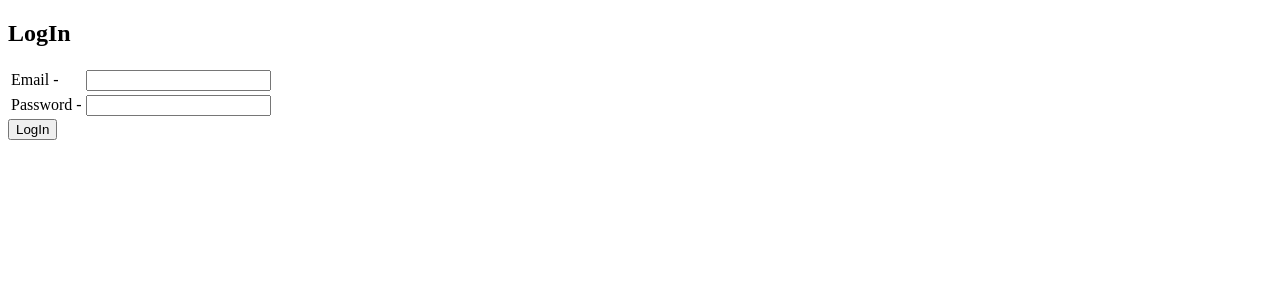
Repository: Krushna26nk/WebApplication
Page: http://localhost/Application/Login.jsp
The author's editor kept a copy of each file at every save. The page is drawn from the files as they stood at one save, then again after the next save.
The browser window is 1280 px wide. The pictures show the whole page.
The page is served by Tomcat 9. Other server files are loaded and not shown.

Above is the page before, as saved 2019-06-03 08:40:11.

### web/Application/WebContent/Login.jsp
<%@ page language="java" contentType="text/html; charset=UTF-8"
    pageEncoding="UTF-8"%>
<!DOCTYPE html PUBLIC "-//W3C//DTD HTML 4.01 Transitional//EN" "http://www.w3.org/TR/html4/loose.dtd">
<html>
<head>
<meta http-equiv="Content-Type" content="text/html; charset=UTF-8">
<title>Insert title here</title>
</head>
<body>

<div>

<h2> LogIn</h2>
	<form action="Login">
		<table>
			<tr>
				<td> Email - </td>
				<td> <input type="text" name="email"> </td>
			</tr>

			<tr>
				<td> Password - </td>
				<td> <input type="password" name="pass"> </td>
			</tr>

		</table>

		<input type="submit" value="LogIn">

	</form>
</div>
</body>
</html>

After the next save:
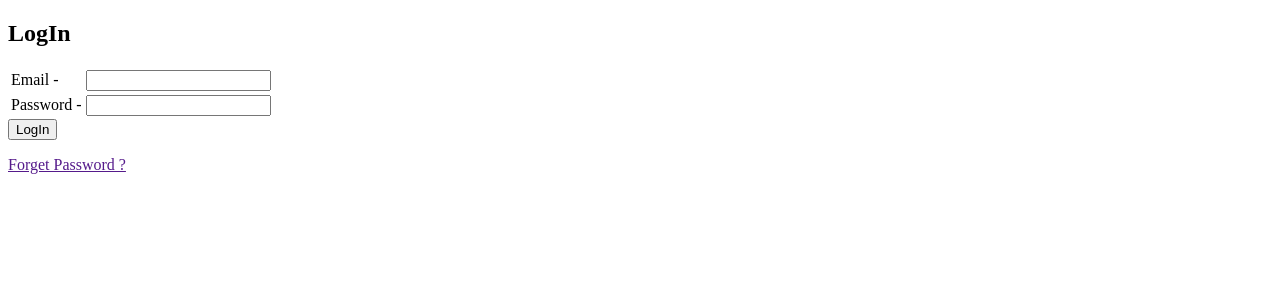
Saved 75 s later.
--- a/web/Application/WebContent/Login.jsp
+++ b/web/Application/WebContent/Login.jsp
@@ -28,6 +28,7 @@
 		<input type="submit" value="LogIn">
 
 	</form>
+	<p><a href=""> Forget Password ? </a></p>
 </div>
 </body>
 </html>
